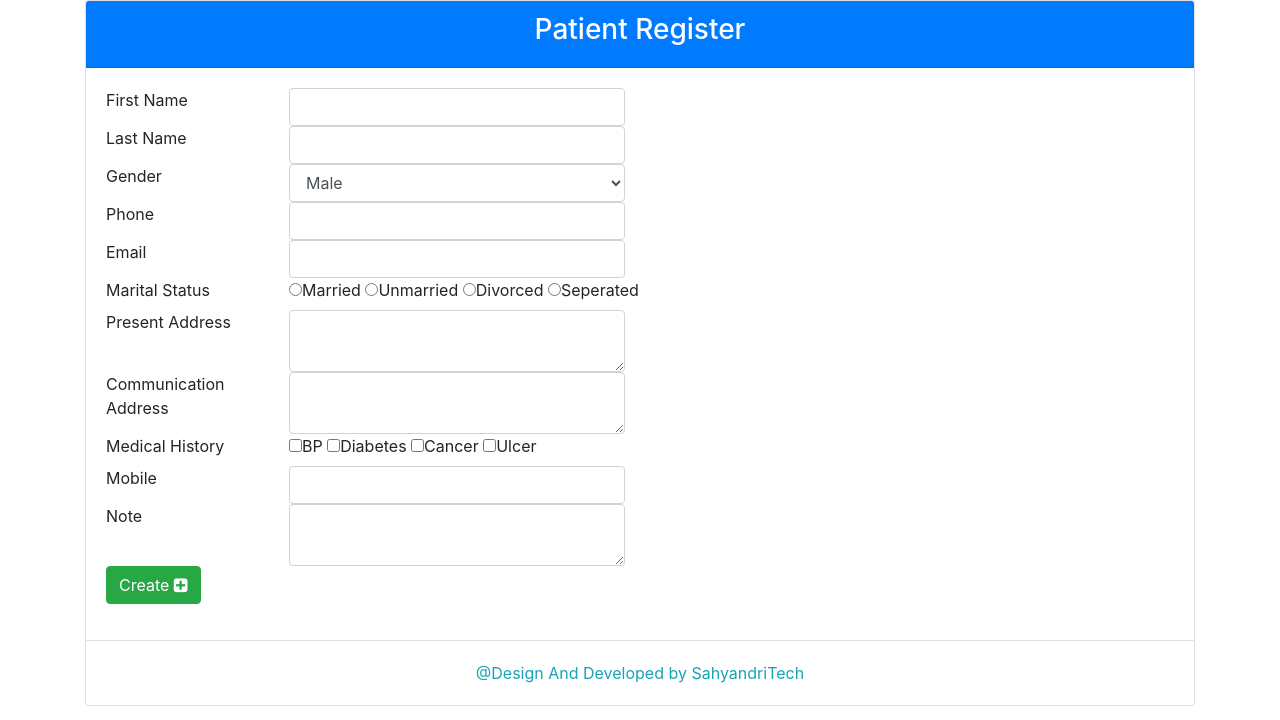
Repository: AmolRajuru11/HealthCareEx
Page: http://localhost/PatientRegister
An editor plug-in stored every save of this project. The page is shown before and after the next save, followed by the edit.
The browser window is 1280 px wide. The pictures show the whole page.
The page is this project's Thymeleaf template; nobody is signed in. The template is opened directly, without the code that normally fills it, so the values that code supplies are empty.

Above is the page before, as saved 2021-10-19 13:29:22.

After the next save:
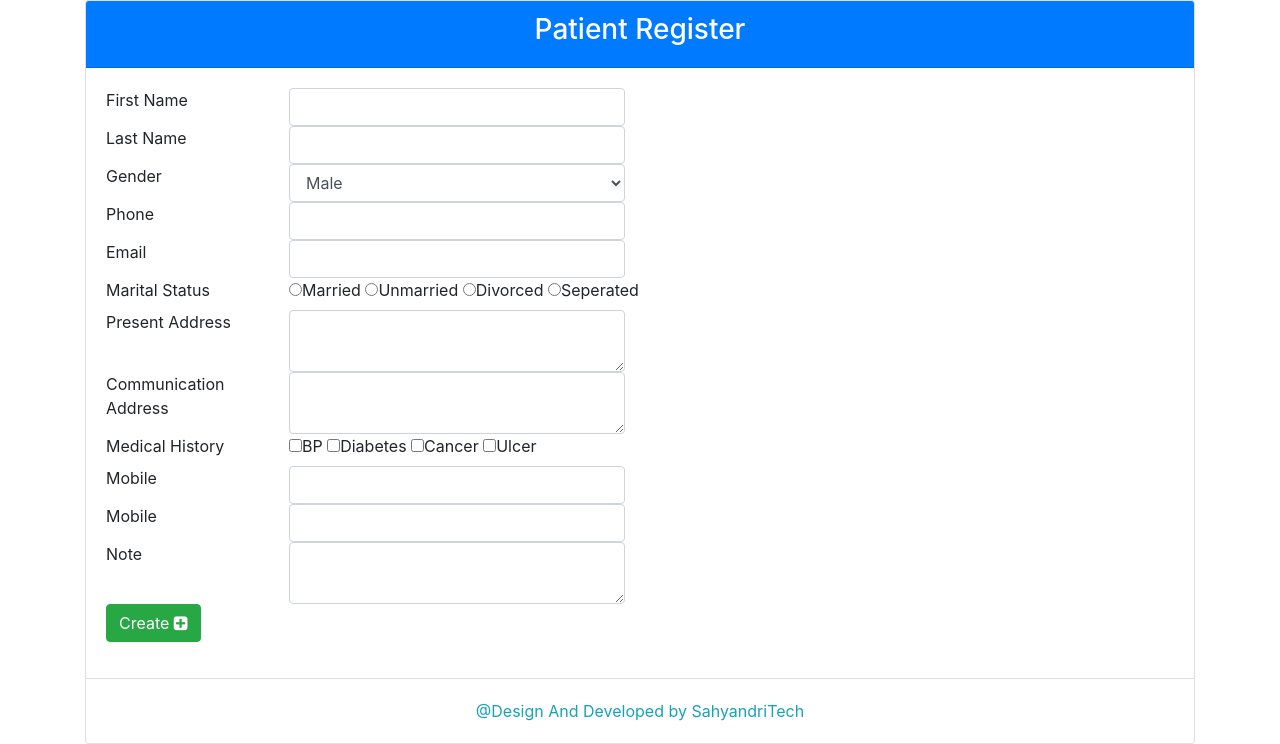
Saved 37 s later.
--- a/HeathCare/src/main/resources/templates/PatientRegister.html
+++ b/HeathCare/src/main/resources/templates/PatientRegister.html
@@ -153,6 +153,19 @@
 						</div>
 					</div>
 
+					<!-- row #10 -->
+					<div class="row">
+						<div class="col-2">
+							<label for="mobile">Mobile</label>
+						</div>
+						<div class="col-4">
+							<input type="text" name="mobile" id="mobile" class="form-control" />
+						</div>
+						<div class="col-6">
+							<span id="mobileError"></span>
+						</div>
+					</div>
+
 
 
 					<!-- row #5 -->
